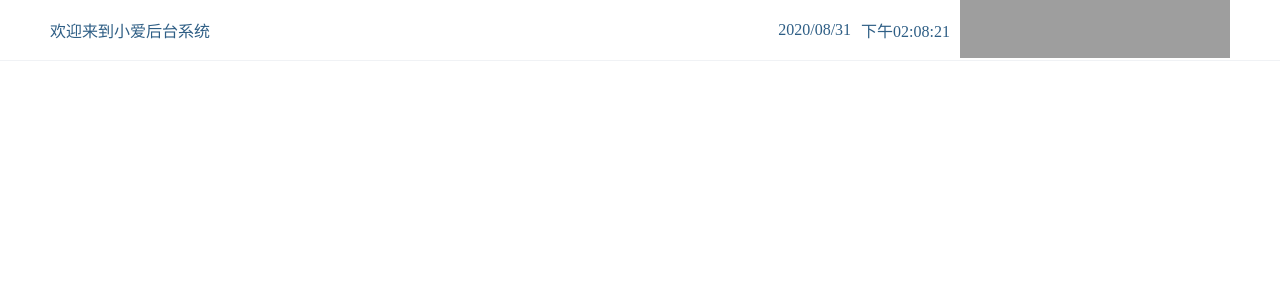
Repository: ZHANG-0714/backstage
Page: /
An editor plug-in stored every save of this project. The page is shown before and after the next save, followed by the edit.
The browser window is 1280 px wide. The pictures show the whole page.
Pictures or frames that could not be fetched are drawn as grey boxes. The project was rebuilt for these pictures with package versions that can differ from the ones it lists, and the page was loaded fresh each time. Also part of the build but not shown: vue.config.js, src/views/Home.vue.

Above is the page before, as saved 2020-08-31 16:55:04.

After the next save:
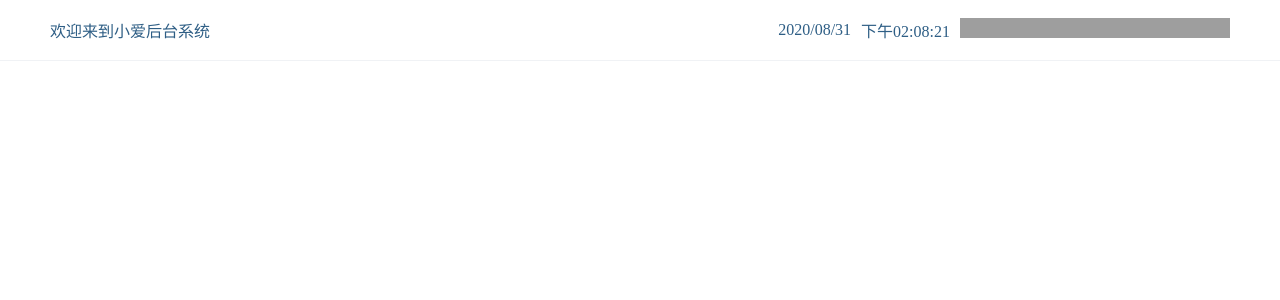
Saved 6 s later.
--- a/src/components/public/headTop.vue
+++ b/src/components/public/headTop.vue
@@ -13,7 +13,7 @@
           src="https://tianqiapi.com/api.php?style=tm&skin=pitaya"
           frameborder="0"
           width="270"
-          height="60"
+          height="20"
           allowtransparency="true"
         ></iframe>
       </div>
